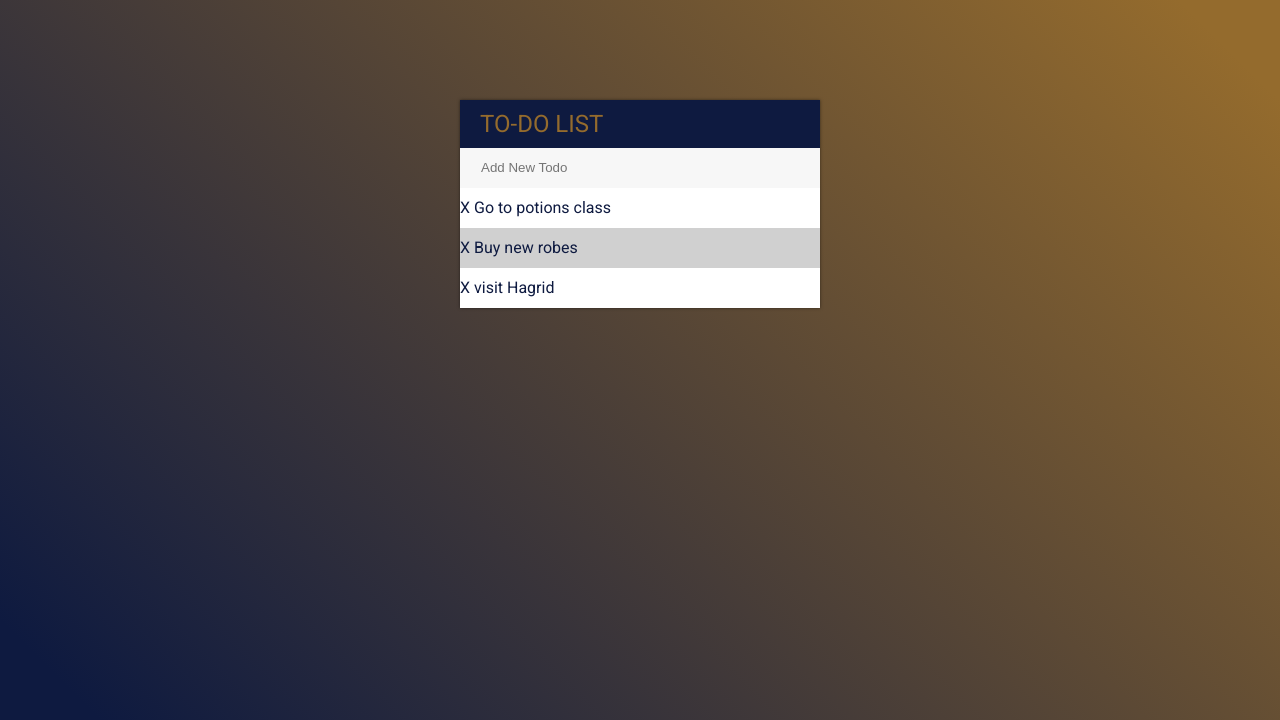
Repository: chrisYoder/Ravenclaw_Todo_List
Page: index.html
The author's editor kept a record of every edit. The page is drawn from the files as they stood at one moment, then again after the next edit.
The browser window is 1280 px wide. The pictures show the whole page.
Some web libraries are served in a nearby version.

Above is the page before.

After the next edit:
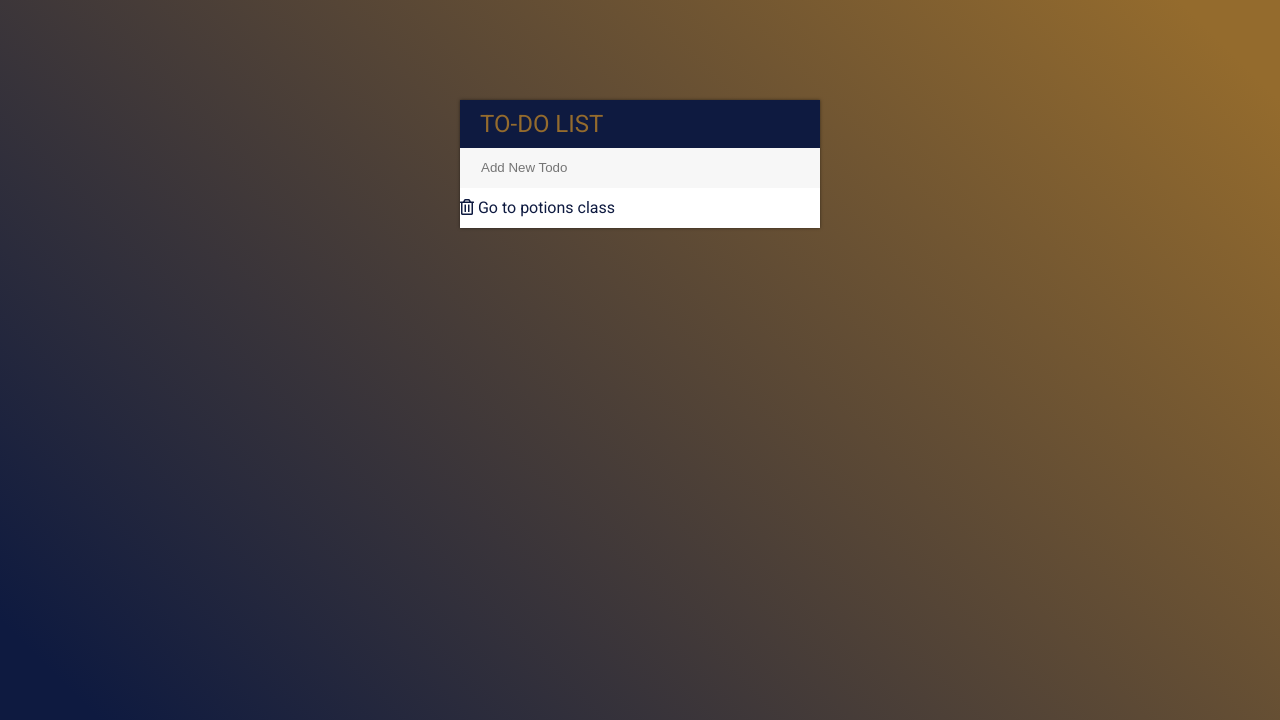
The edit:
--- a/index.html
+++ b/index.html
@@ -16,9 +16,8 @@
       <input type='text' placeholder='Add New Todo'>
 
       <ul>
-        <li><span>X</span> Go to potions class</li>
-        <li><span>X</span> Buy new robes</li>
-        <li><span>X</span> visit Hagrid</li>
+        <li><span><i class="far fa-trash-alt"></i></span> Go to potions class</li>
+
       </ul>
     </div>
 
